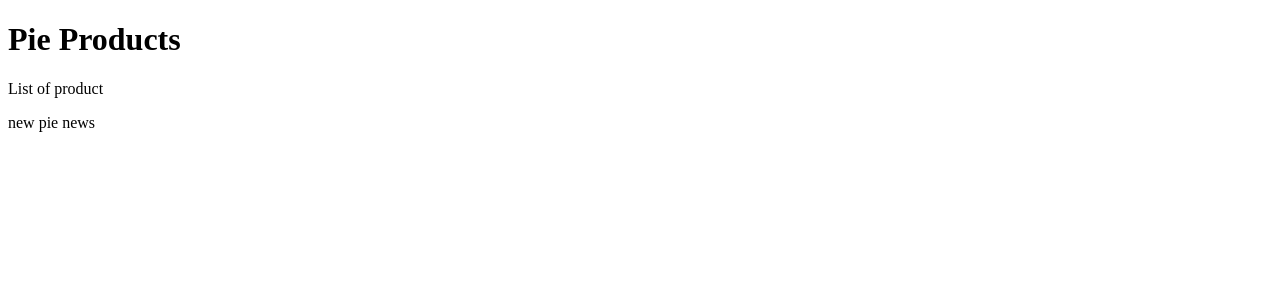
Repository: NagarjunaTubati/com.student.demo
Page: com.pai.demo/WebContent/index.html
The author's editor kept a copy of each file at every save. The page is drawn from the files as they stood at one save, then again after the next save.
The browser window is 1280 px wide. The pictures show the whole page.

Above is the page before, as saved 2015-02-11 09:51:55.

After the next save:
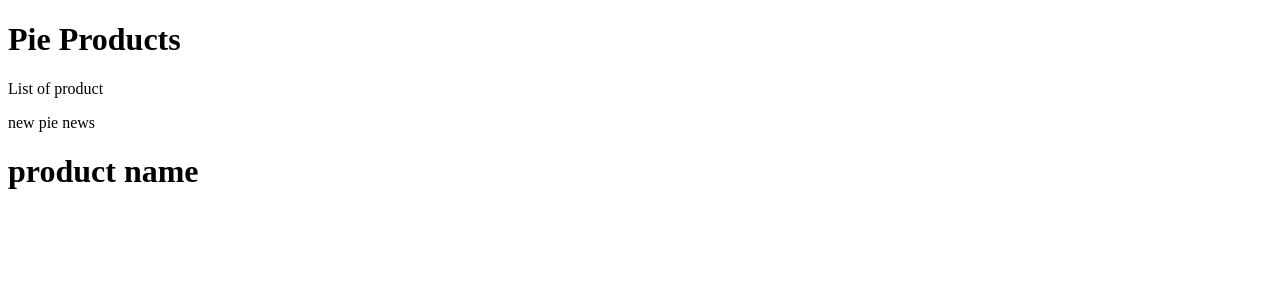
Saved 5 h 50 min later.
--- a/com.pai.demo/WebContent/index.html
+++ b/com.pai.demo/WebContent/index.html
@@ -8,5 +8,6 @@
 <h1>Pie Products</h1>
 <p>List of product</p>
 <span>new pie news</span>
+<h1>product name</h1>
 </body>
 </html>
